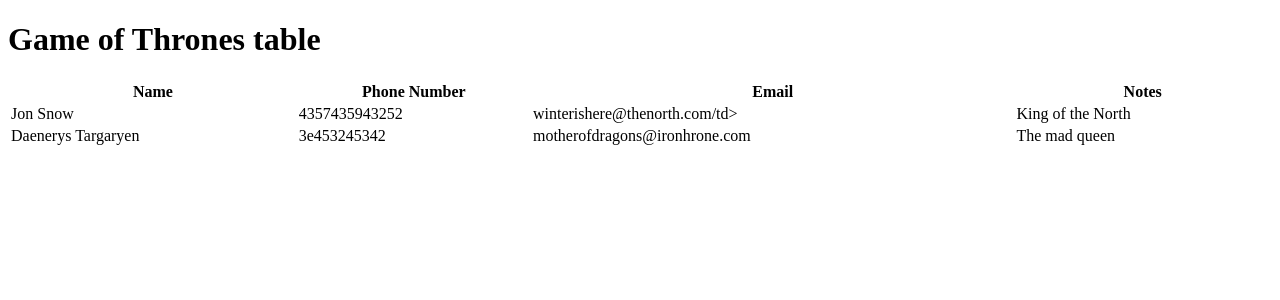
Repository: linas-dev/HTML-CSS-Projects
Page: Basic_HTML_and_CSS/HTML_Table.html
These files come from the project's save history. The page is drawn as it stood at one moment and after the next save; the edit follows.
The browser window is 1280 px wide. The pictures show the whole page.

Above is the page before, as saved 2021-05-30 10:37:29.

After the next save:
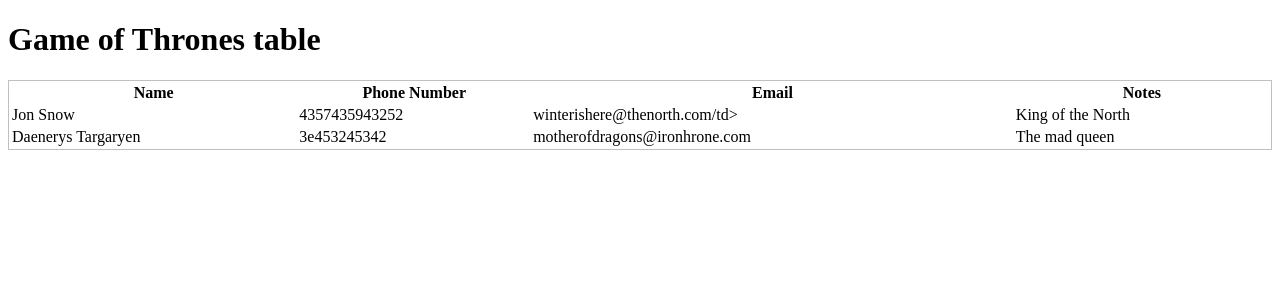
Saved 12 s later.
--- a/Basic_HTML_and_CSS/CSS_Table.css
+++ b/Basic_HTML_and_CSS/CSS_Table.css
@@ -1,5 +1,5 @@
 table {
-    border: 1px silver;
+    border: 1px solid silver;
 }
 
 
